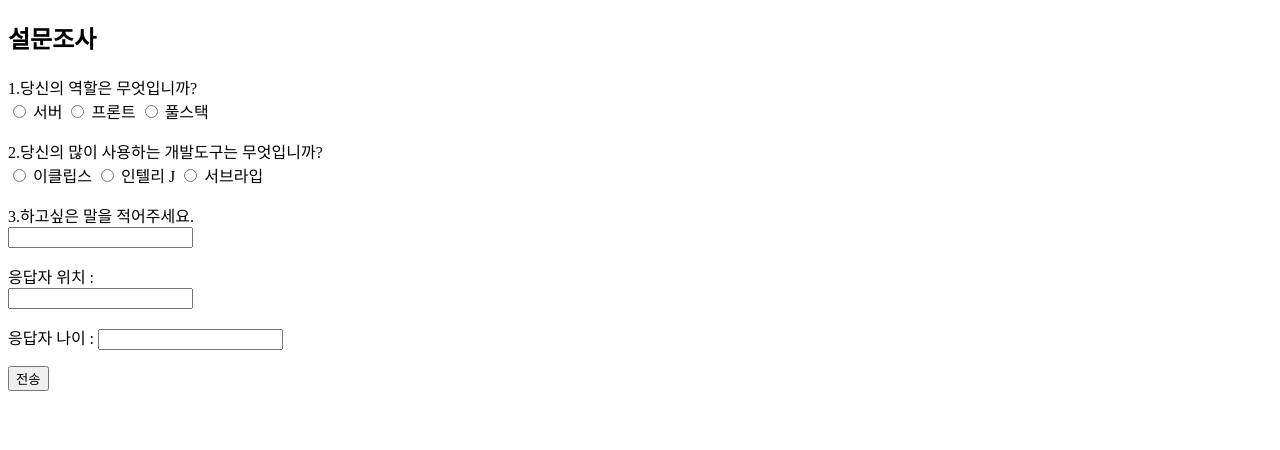
Repository: ppark-jjong/TIL
Page: http://localhost/Spring-B/survey
These files come from the project's save history. The page is drawn as it stood at one moment and after the next save; the edit follows.
The browser window is 1280 px wide. The pictures show the whole page.
The page is served by Tomcat 9.

Above is the page before, as saved 2023-06-09 05:46:53.

After the next save:
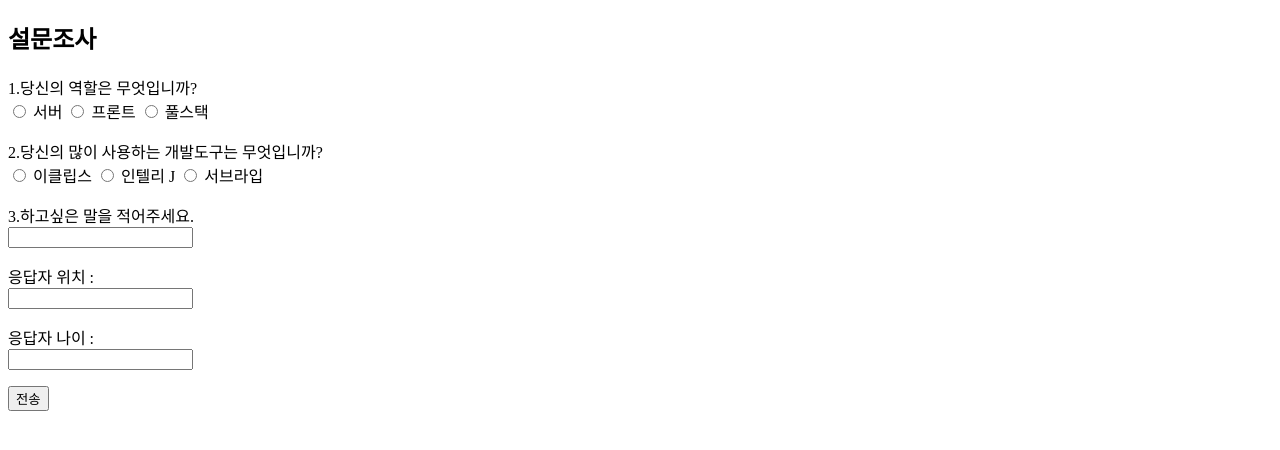
Saved 30 s later.
--- a/universty/Enterprize/Spring-B/WebContent/view/week11/surveyForm.jsp
+++ b/universty/Enterprize/Spring-B/WebContent/view/week11/surveyForm.jsp
@@ -32,7 +32,7 @@
 			</label>
 		</p>
 		<p>
-			<label>응답자 나이 : <input type="text" name="res.age" />
+			<label>응답자 나이 : <br> <input type="text" name="res.age" />
 			</label>
 		</p>
 		<input type="submit" value="전송" />
